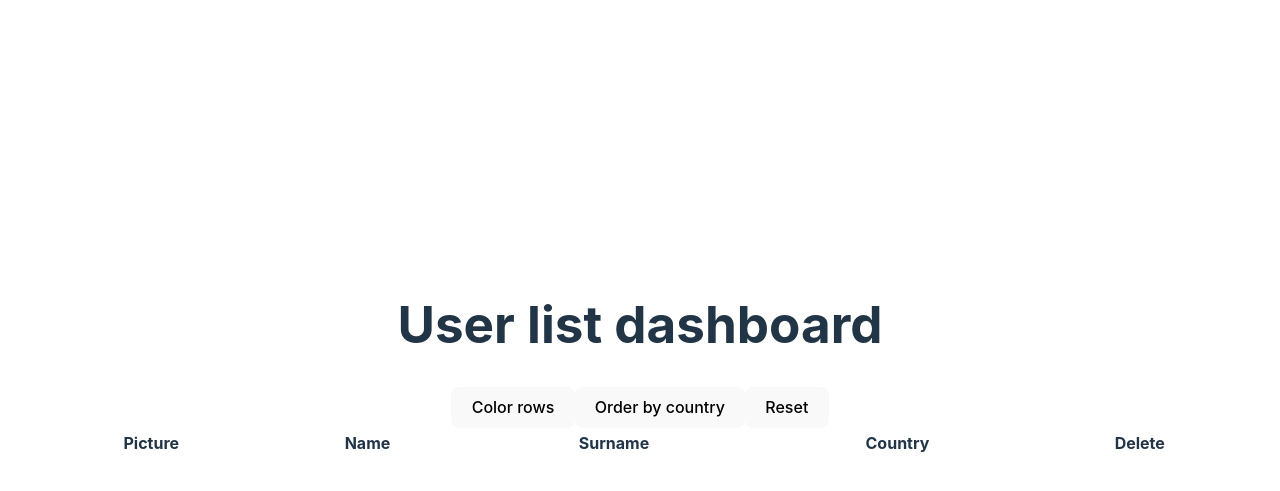
Repository: atzin-escandia/react-typescript-users-dashboard
Page: /
These files come from the project's save history. The page is drawn as it stood at one moment and after a run of saves; the edit follows.
The browser window is 1280 px wide. The pictures show the whole page.
The page's requests for data from a server got no answer. The project was rebuilt for these pictures with package versions that can differ from the ones it lists, and the page was loaded fresh each time. No one was signed in, and anything a server would have sent is missing. Also part of the build but not shown: vite.config.ts.

Above is the page before, as saved 2023-10-09 18:15:35.

### src/App.tsx
import { useEffect, useState } from "react";
import "./App.css";
import UsersList from "./components/UsersList";
import { User } from "./types";

const API_URL = "https://randomuser.me/api/?results=10";
function App() {
  const [showColors, setShowColors] = useState(false);
  const [users, setUsers] = useState<User[]>([]);
  const [reset, setReset] = useState(false);
  const [sortUsers, setSortUsers] = useState(false);

  useEffect(() => {
    fetch(API_URL)
      .then((res) => res.json())
      .then((res) => setUsers(res.results));
  }, []);

  const orderByCountry = ({ isFilteredUsers }) => {
    const newUsers = [...users];

    const sortedUsers = isFilteredUsers
      ? newUsers.sort((a, b) =>
          a.location.country.localeCompare(b.location.country)
        )
      : newUsers;
    setUsers(sortedUsers);
  };

  return (
    <>
      <h1>User list dashboard</h1>
      <header>
        <button onClick={() => setShowColors(!showColors)}>Color rows</button>
        <button onClick={() => setSortUsers(!sortUsers)}>
          {sortUsers ? "Not order by country" : "Order by country"}
        </button>
        <button onClick={() => setReset(false)}>Reset</button>
      </header>

      <section className="card">
        {users && (
          <UsersList
            users={users}
            reset={reset}
            showColors={showColors}
          ></UsersList>
        )}
      </section>
    </>
  );
}

export default App;

### src/index.css
:root {
  font-family: Inter, system-ui, Avenir, Helvetica, Arial, sans-serif;
  line-height: 1.5;
  font-weight: 400;

  color-scheme: light dark;
  color: rgba(255, 255, 255, 0.87);
  background-color: #242424;

  font-synthesis: none;
  text-rendering: optimizeLegibility;
  -webkit-font-smoothing: antialiased;
  -moz-osx-font-smoothing: grayscale;
  -webkit-text-size-adjust: 100%;
}

a {
  font-weight: 500;
  color: #646cff;
  text-decoration: inherit;
}
a:hover {
  color: #535bf2;
}

body {
  margin: 0;
  display: flex;
  place-items: center;
  min-height: 100vh;
}

h1 {
  font-size: 3.2em;
  line-height: 1.1;
}

button {
  border-radius: 8px;
  border: 1px solid transparent;
  padding: 0.6em 1.2em;
  font-size: 1em;
  font-weight: 500;
  font-family: inherit;
  background-color: #1a1a1a;
  cursor: pointer;
  transition: border-color 0.25s;
}
button:hover {
  border-color: #646cff;
}
button:focus,
button:focus-visible {
  outline: 4px auto -webkit-focus-ring-color;
}

@media (prefers-color-scheme: light) {
  :root {
    color: #213547;
    background-color: #ffffff;
  }
  a:hover {
    color: #747bff;
  }
  button {
    background-color: #f9f9f9;
  }
}

### src/App.css
#root {
  margin: 0 auto;
  padding: 2rem;
  text-align: center;
  width: 100%;
}

### src/components/UsersList.tsx
import { User } from "../types.d";

interface Props {
  users: User[];
  showColors: boolean;
}

const UsersList = ({ users, showColors }: Props) => {
  const TABLE_HEADER = ["Picture", "Name", "Surname", "Country", "Delete"];

  const removeUser = ({ index }) => {
    const newUsers = [...users];
    const newList = newUsers.splice(index, 1);
    setUsers(newList);
  };

  const UserRow = ({ user, color, index }) => {
    const { picture, name, location } = user;
    const isEvenRow = index % 2 === 0;

    return (
      <tr style={{ backgroundColor: color && isEvenRow && "black" }}>
        <td>{<img src={picture.thumbnail} alt="Thumbnail user" />}</td>
        <td>{name.first}</td>
        <td>{name.last}</td>
        <td>{location.country}</td>
        <td>
          <button onClick={() => removeUser(index)}>Remove</button>
        </td>
      </tr>
    );
  };

  return (
    <table width="100%">
      <thead>
        <tr>
          {TABLE_HEADER.map((title: string, index: number) => (
            <th key={index}>{title}</th>
          ))}
        </tr>
      </thead>
      <tbody>
        {users.map((user: User, index: number) => (
          <UserRow key={index} user={user} color={showColors} index={index} />
        ))}
      </tbody>
    </table>
  );
};

export default UsersList;

Loaded but not shown: index.html (common file); src/main.tsx (common file)

After the next 2 saves:
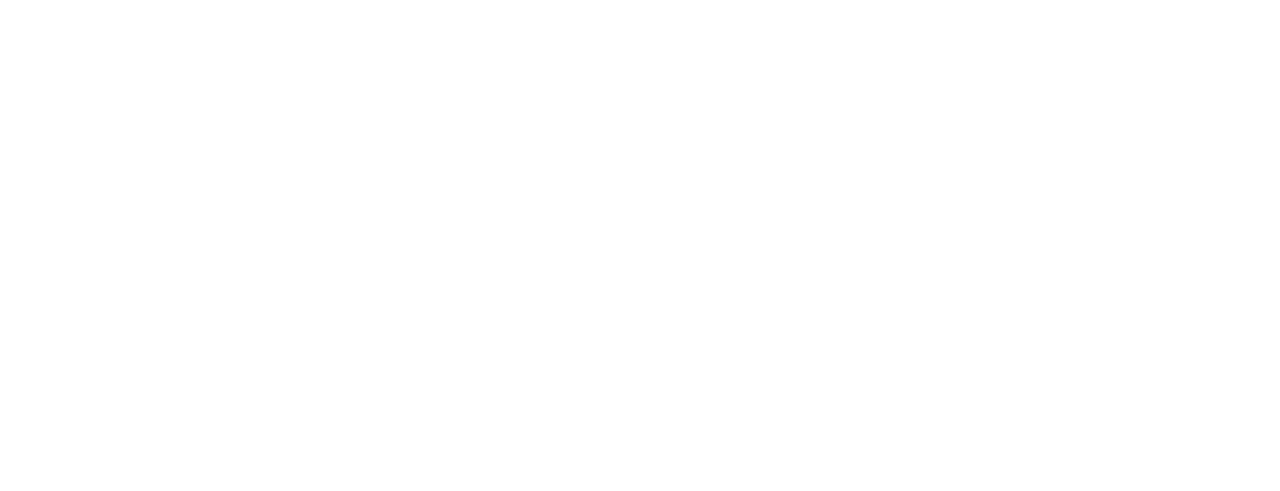
Console error: ReferenceError: isFilteredUsers is not defined
The 2 saves are shown as one change because they came seconds apart.
The last was saved 30 s later.
--- a/src/App.tsx
+++ b/src/App.tsx
@@ -16,16 +16,12 @@
       .then((res) => setUsers(res.results));
   }, []);
 
-  const orderByCountry = ({ isFilteredUsers }) => {
-    const newUsers = [...users];
-
-    const sortedUsers = isFilteredUsers
-      ? newUsers.sort((a, b) =>
-          a.location.country.localeCompare(b.location.country)
-        )
-      : newUsers;
-    setUsers(sortedUsers);
-  };
+  const sortedUsers = isFilteredUsers
+    ? newUsers.sort((a, b) =>
+        a.location.country.localeCompare(b.location.country)
+      )
+    : newUsers;
+  setUsers(sortedUsers);
 
   return (
     <>

After the 5 saves that followed:
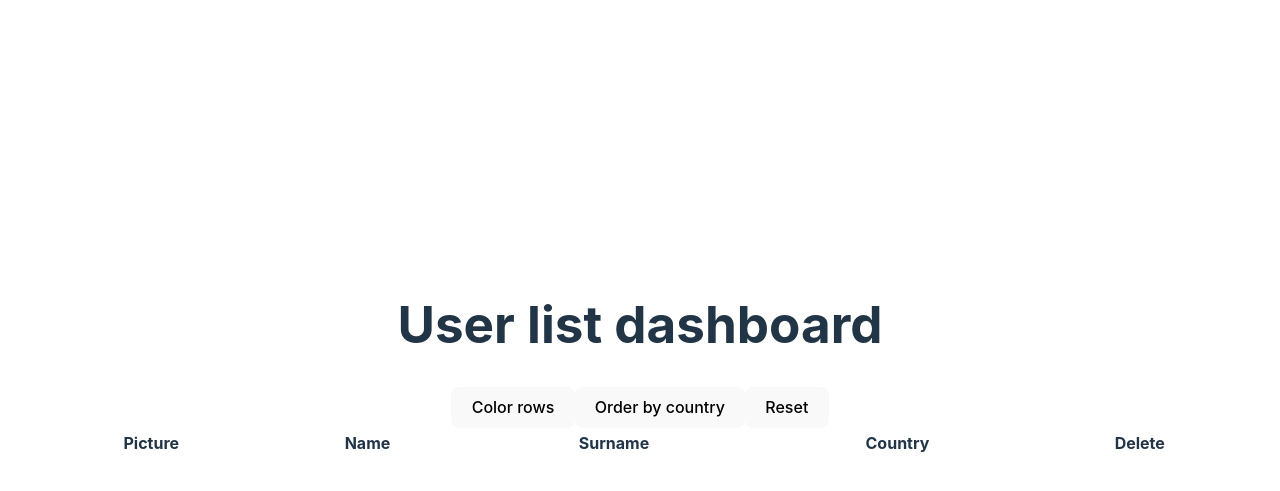
The error is gone.
The 5 saves are shown as one change because 4 left the picture as it was.
The last was saved 2 min 58 s later.
--- a/src/App.tsx
+++ b/src/App.tsx
@@ -16,12 +16,12 @@
       .then((res) => setUsers(res.results));
   }, []);
 
-  const sortedUsers = isFilteredUsers
+  const newUsers = [...users];
+  const sortedUsers = sortUsers
     ? newUsers.sort((a, b) =>
         a.location.country.localeCompare(b.location.country)
       )
     : newUsers;
-  setUsers(sortedUsers);
 
   return (
     <>
@@ -37,7 +37,7 @@
       <section className="card">
         {users && (
           <UsersList
-            users={users}
+            users={sortedUsers}
             reset={reset}
             showColors={showColors}
           ></UsersList>
